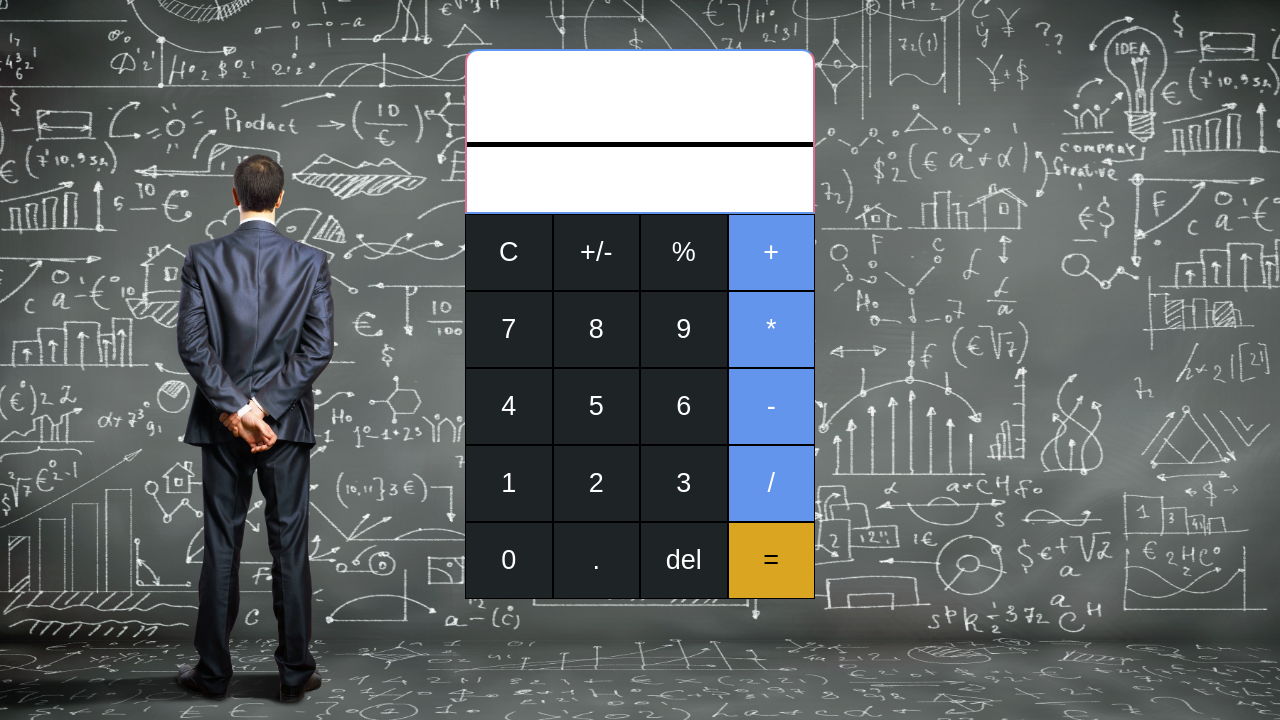
Repository: OfirLana/Calculator
Page: index.html
These files come from the project's save history. The page is drawn as it stood at one moment and after the next save; the edit follows.
The browser window is 1280 px wide. The pictures show the whole page.
Pictures or frames that could not be fetched are drawn as grey boxes.

Above is the page before, as saved 2019-03-19 21:25:28.

After the next save:
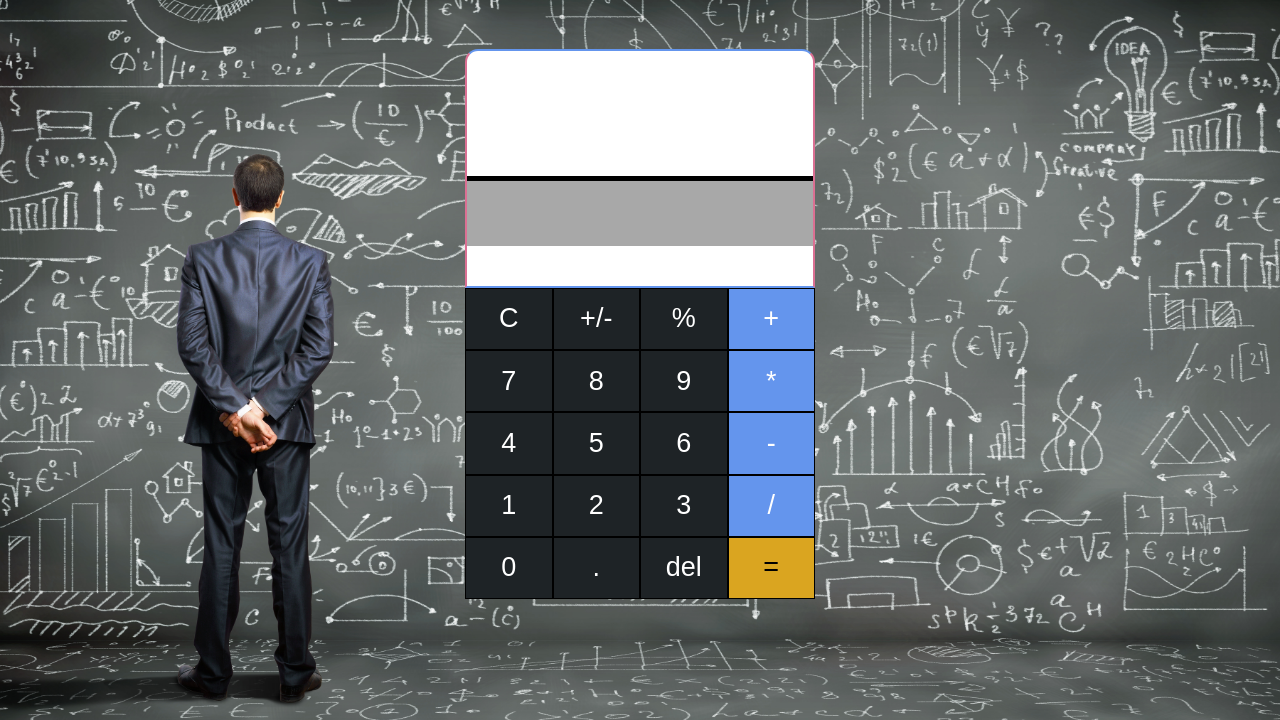
Saved 21 s later.
--- a/style.css
+++ b/style.css
@@ -70,7 +70,7 @@
     align-items: center;
     overflow: hidden;
     border-top: 5px solid black;
-    animation: text 3s 1;
+    animation: text 13s 1;
     /* background:tomato; */
 }
 

After the save that followed:
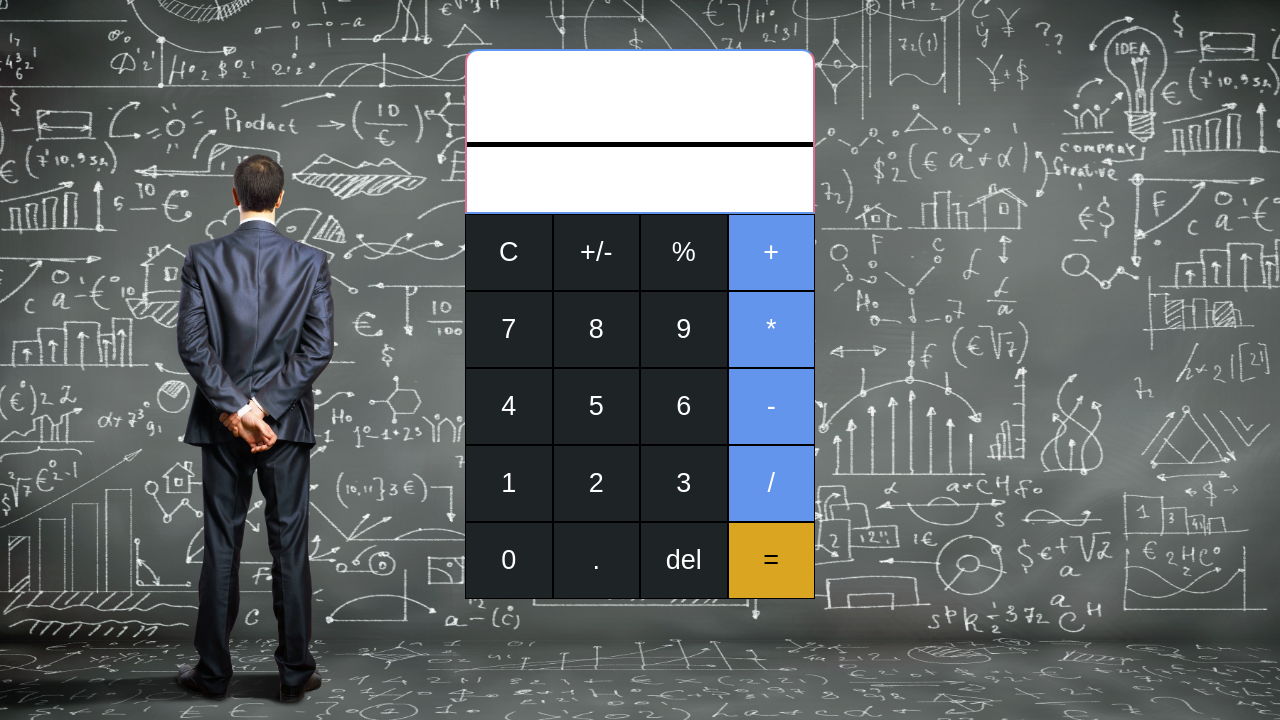
Saved 63 s later.
--- a/style.css
+++ b/style.css
@@ -70,7 +70,7 @@
     align-items: center;
     overflow: hidden;
     border-top: 5px solid black;
-    animation: text 13s 1;
+
     /* background:tomato; */
 }
 
